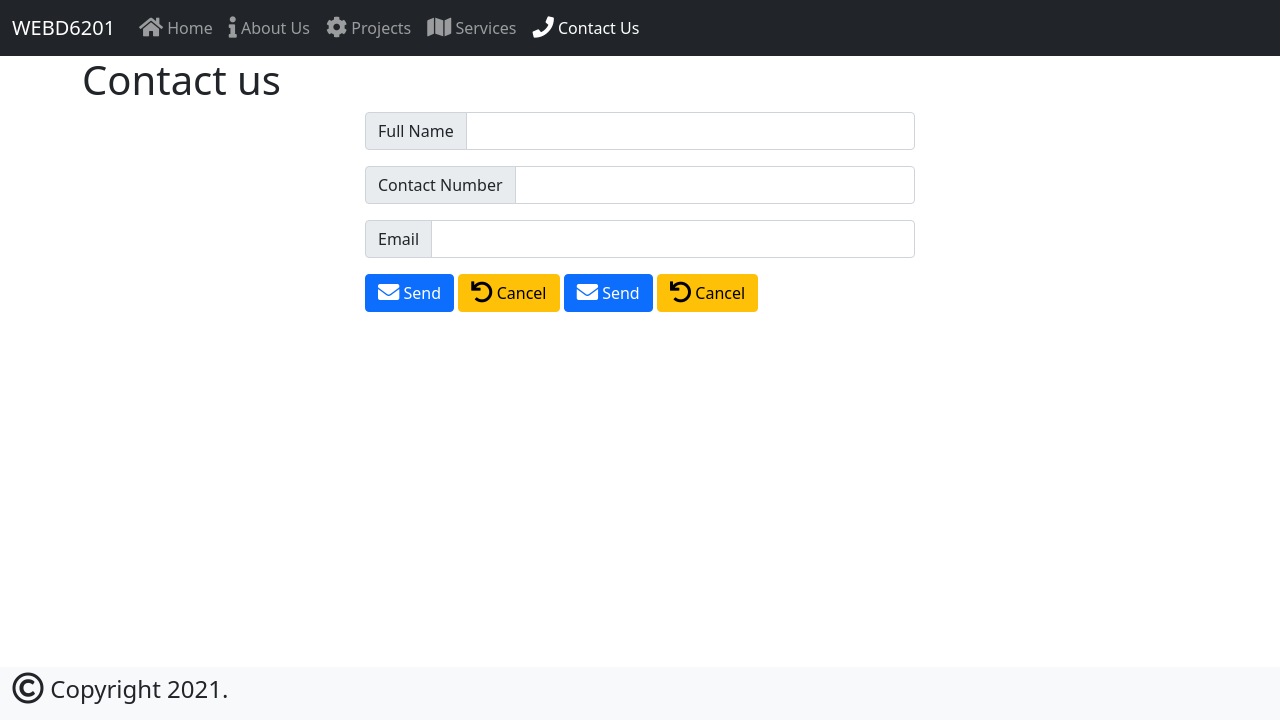
Repository: aphim/Webd6201-wk3
Page: contact.html
The author's editor kept a copy of each file at every save. The page is drawn from the files as they stood at one save, then again after the next save.
The browser window is 1280 px wide. The pictures show the whole page.

Above is the page before, as saved 2021-01-21 10:02:43.

### contact.html
<!DOCTYPE html>
<html lang="en">
<head>
    <meta charset="UTF-8">
    <meta name="viewport" content="width=device-width, initial-scale=1.0">
    <title>Contact</title>
    <!-- CSS Section -->
    <link rel="stylesheet" href="./node_modules/bootstrap/dist/css/bootstrap.min.css">
    <link rel="stylesheet" href="./node_modules/@fortawesome/fontawesome-free/css/all.min.css">
    <link rel="stylesheet" href="./Content/app.css">
</head>
<body>
  <!-- Main Header-->
    <header>
      <!-- Main navigation-->
        <nav class="navbar navbar-expand-lg navbar-dark bg-dark">
            <div class="container-fluid">
              <a class="navbar-brand" href="index.html">WEBD6201</a>
              <button class="navbar-toggler" type="button" data-bs-toggle="collapse" data-bs-target="#navbarSupportedContent" aria-controls="navbarSupportedContent" aria-expanded="false" aria-label="Toggle navigation">
                <span class="navbar-toggler-icon"></span>
              </button>
              <div class="collapse navbar-collapse" id="navbarSupportedContent">
                <ul class="navbar-nav me-auto mb-2 mb-lg-0">
                  <li class="nav-item">
                    <a class="nav-link" aria-current="page" href="index.html"><i class="fas fa-home fa-lg"></i> Home</a>
                  </li>

                  <li class="nav-item">
                    <a class="nav-link" aria-current="page" href="about.html"><i class="fas fa-info fa-lg"></i> About Us</a>
                  </li>

                  <li class="nav-item">
                    <a class="nav-link" aria-current="page" href="projects.html"><i class="fas fa-cog fa-lg"></i> Projects</a>
                  </li>

                  <li class="nav-item">
                    <a class="nav-link" aria-current="page" href="services.html"><i class="fas fa-map fa-lg"></i> Services</a>
                  </li>

                  <li class="nav-item">
                    <a class="nav-link active" aria-current="page" href="contact.html"><i class="fas fa-phone fa-lg"></i> Contact Us</a>
                  </li>
                </ul>
              </div>
            </div>
          </nav>
    </header>

<!--Main Content-->
    <main class="container">
        <h1>Contact us</h1>
<div id="messageArea" class="alert alert-danger">default message</div>


<div class="row justify-content-lg-center g-3">
  <form class="col-lg-6 col-md-10 col-sm-10">

    <div class="input-group mb-3">
      <span class="input-group-text" id="inputGroup-sizing-default">Full Name </span>
      <input id="fullName" type="text" class="form-control" aria-label="Full Name" aria-describedby="Full Name Input"
      name="fullName" required>
    </div>

    <div class="input-group mb-3">
      <span class="input-group-text" id="inputGroup-sizing-default">Contact Number</span>
      <input id="contactNumber" type="tel" class="form-control" aria-label="Contact Number" aria-describedby="Contact Number Input"
      name="contactNumber" required>
    </div>

    <div class="input-group mb-3">
      <span class="input-group-text" id="inputGroup-sizing-default">Email</span>
      <input id="emailAddress" type="email" class="form-control" aria-label="Email Address" aria-describedby="Email Address Input"
      name="emailAddress" required>
    </div>

    <button type="submit" class="btn btn-primary"><i class="fas fa-envelope fa-lg"></i> Send</button>
            <button type="reset" class="btn btn-warning"><i class="fas fa-undo fa-lg"></i> Cancel</button>
            <button id="sendButton" type="submit" class="btn btn-primary"><i class="fas fa-envelope fa-lg"></i> Send</button>
            <button id="cancelButton" type="reset" class="btn btn-warning"><i class="fas fa-undo fa-lg"></i> Cancel</button>
  </form>
</div>
    </main>

    <!-- Main footer-->
    <footer>
        <nav class="navbar fixed-bottom navbar-light bg-light">
            <div class="container-fluid">
              <h4><i class="far fa-copyright fa-lg"></i> Copyright 2021.</h4>
            </div>
          </nav>
    </footer>

    <!-- Script Section-->
    <script src="./node_modules/jquery/dist/jquery.min.js"></script>
    <script src="./node_modules/bootstrap/dist/js/bootstrap.bundle.min.js"></script>
    <script src="./Scripts/app.js"></script>
</body>
</html>

### Scripts/app.js
/* custom JavaScript goes here */

//IIFE - Immediately Invoked Function Expression
//AKA - Anonymous Self-Executing Function
//Closure - limits scope leak

"use strict";

(function()
{
function displayHome()
{

        let paragraphOneText = "This is a simple site to demonstrate DOM Manipulation for ICE 1";

        //Different ways to select a paragraph element "paragraph one"
        let paragraphOneElement = document.getElementById("paragraphOne");

        //let paragraphOneParagraph = document.getElementsByTagName("p")[0];
        //let paragraphOneQuery = document.querySelector("p");
        //console.log(paragraphOneElement);
        //console.log(paragraphOneParagraph);
        //console.log(paragraphOneQuery);

        paragraphOneElement.textContent = paragraphOneText;
        paragraphOneElement.className = "fs-5";

        // step 1. Create an element
        let newParagraph = document.createElement("p");
        //step 2. configure element
        newParagraph.setAttribute("id", "paragraphTwo");
        newParagraph.textContent = "...And this is paragraph two";
        //Step 3. select the parent element
        let mainContent = document.getElementsByTagName("main")[0];
        //step 4. Add/insert the element
        mainContent.appendChild(newParagraph);

        newParagraph.className = "fs-6";

        //////another way to add an element ///////
        //let paragraphThree =`<p class="fs-7 fw-bold">And this is the Third Paragraph</p>`;
        //mainContent.innerHTML = paragraphThree;

        let paragraphDiv = document.createElement("div");
        let paragraphThree = `<p id="paragraphThree" class="fs-7 fw-bold">And this is the third paragraph</p>`
        paragraphDiv.innerHTML = paragraphThree;

        //insertion before a node
        //newParagraph.before(paragraphDiv);
        newParagraph.after(paragraphDiv);

        //deletions
        //paragraphOneElement.remove();
        mainContent.removeChild(paragraphOneElement);

        //Update / modification of an element
        //mainContent.firstElementChild.textContent = "Welcome Home!";

        mainContent.innerHTML =
        `<h1 id="firstHeading">Welcome to WEBD6201 - Lab 1</h1>
        <p id="paragraphOne" class="fs-3 fw-bold">This is my first paragraph</p>`

}
function displayAbout()
{

}
function displayProjects()
{

}
function displayServices()
{

}
function displayContact()
{
    let messageArea = document.getElementById("messageArea");
    messageArea.hidden = true;
    //form validation
    let fullName = document.getElementById("fullName");
        fullName.addEventListener("blur", function()
        {
            if(fullName.value.length < 2)
            {
                fullName.focus();
                fullName.select();
                messageArea.hidden = false;
                messageArea.textContent = "Please enter an appropriate Name";
            }
            else
            {
                messageArea.removeAttribute("class");
                messageArea.hidden = true;
            }
        });

    let sendButton = document.getElementById("sendButton");
    sendButton.addEventListener("click", function(event)
    {
        event.preventDefault();
        console.log(fullName.value);
        console.log(contactNumber.value);
        console.log(emailAddress.value);
    });
}




    function Start()
    {
        console.log("App Started...");

        switch(document.title)
        {
            case "Home":
                displayHome();
                break;
            case "About":
                displayAbout();
                break;
            case "Projects":
                displayProjects();
                break;
            case "Services":
                displayServices();
                break;
            case "Contact":
                displayContact();
                break;
        }

    }



    window.addEventListener("load", Start);

})();

Loaded but not shown: node_modules/bootstrap/dist/css/bootstrap.min.css (library); node_modules/@fortawesome/fontawesome-free/css/all.min.css (library); Content/app.css (common file); node_modules/jquery/dist/jquery.min.js (library); node_modules/bootstrap/dist/js/bootstrap.bundle.min.js (library)

After the next save:
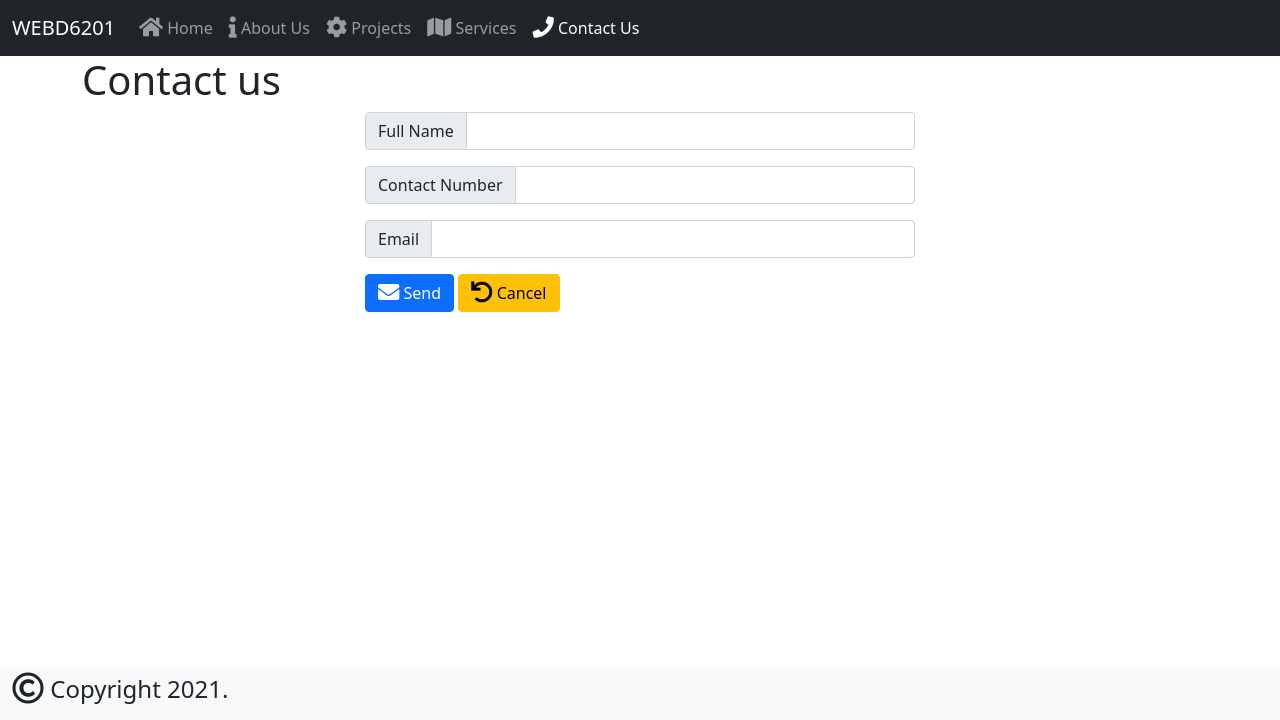
Saved 51 s later.
--- a/contact.html
+++ b/contact.html
@@ -73,10 +73,8 @@
       name="emailAddress" required>
     </div>
 
-    <button type="submit" class="btn btn-primary"><i class="fas fa-envelope fa-lg"></i> Send</button>
-            <button type="reset" class="btn btn-warning"><i class="fas fa-undo fa-lg"></i> Cancel</button>
-            <button id="sendButton" type="submit" class="btn btn-primary"><i class="fas fa-envelope fa-lg"></i> Send</button>
-            <button id="cancelButton" type="reset" class="btn btn-warning"><i class="fas fa-undo fa-lg"></i> Cancel</button>
+    <button id="sendButton" type="submit" class="btn btn-primary"><i class="fas fa-envelope fa-lg"></i> Send</button>
+    <button id="cancelButton" type="reset" class="btn btn-warning"><i class="fas fa-undo fa-lg"></i> Cancel</button>
   </form>
 </div>
     </main>
